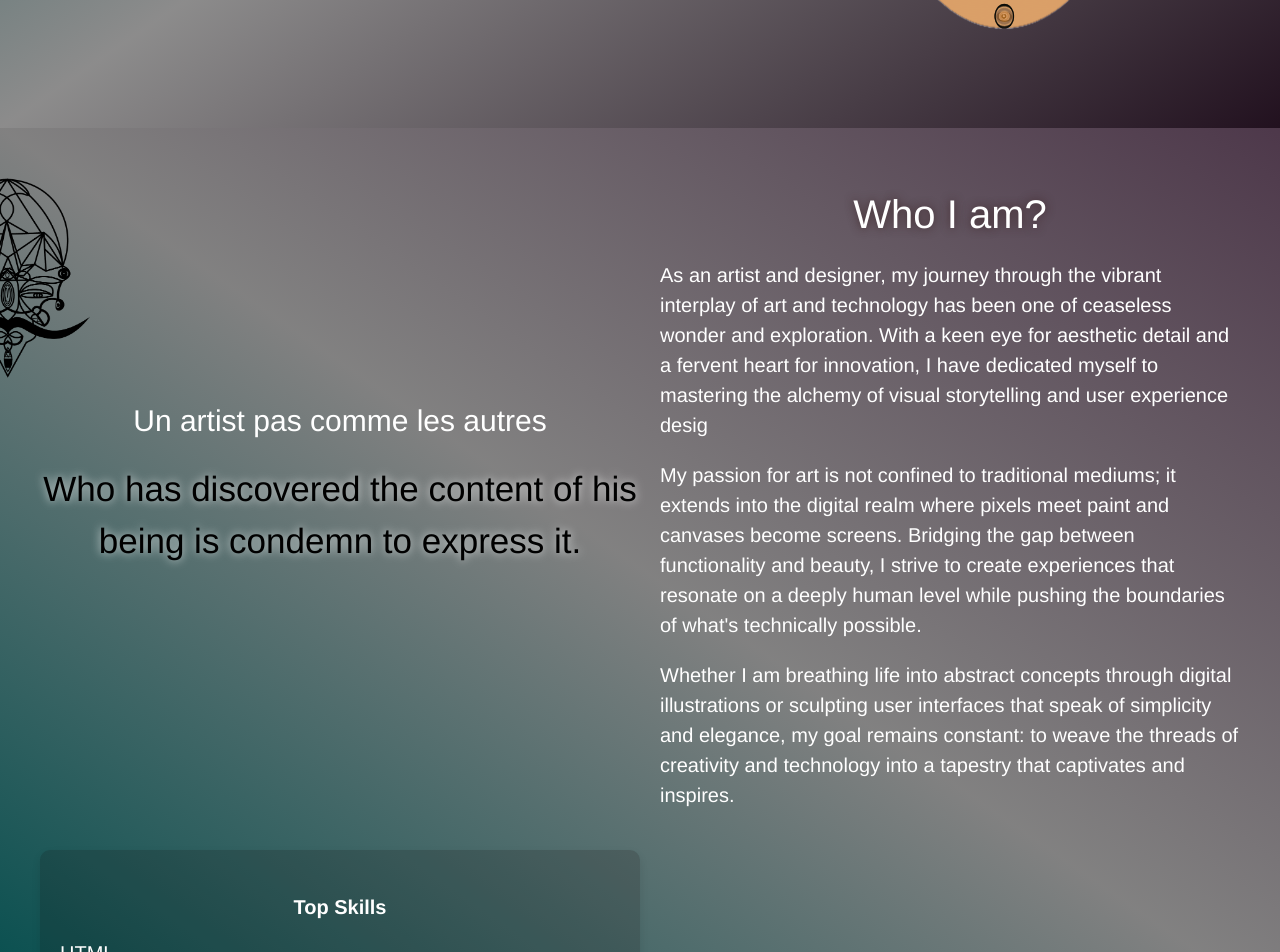
Repository: al-XLeMEsTRE/al-XLeMEsTRE
Page: index.html
The author's editor kept a copy of each file at every save. The page is drawn from the files as they stood at one save, then again after a run of saves.
The browser window is 1280 px wide. The pictures show the part of the page from y = 752 to 1704 px (the page is 5520 px tall).
A picture or video elsewhere on the page could not be fetched, so the positions and the page height are approximate.

Above is the page before, as saved 2023-11-23 19:29:55.

After the next 2 saves:
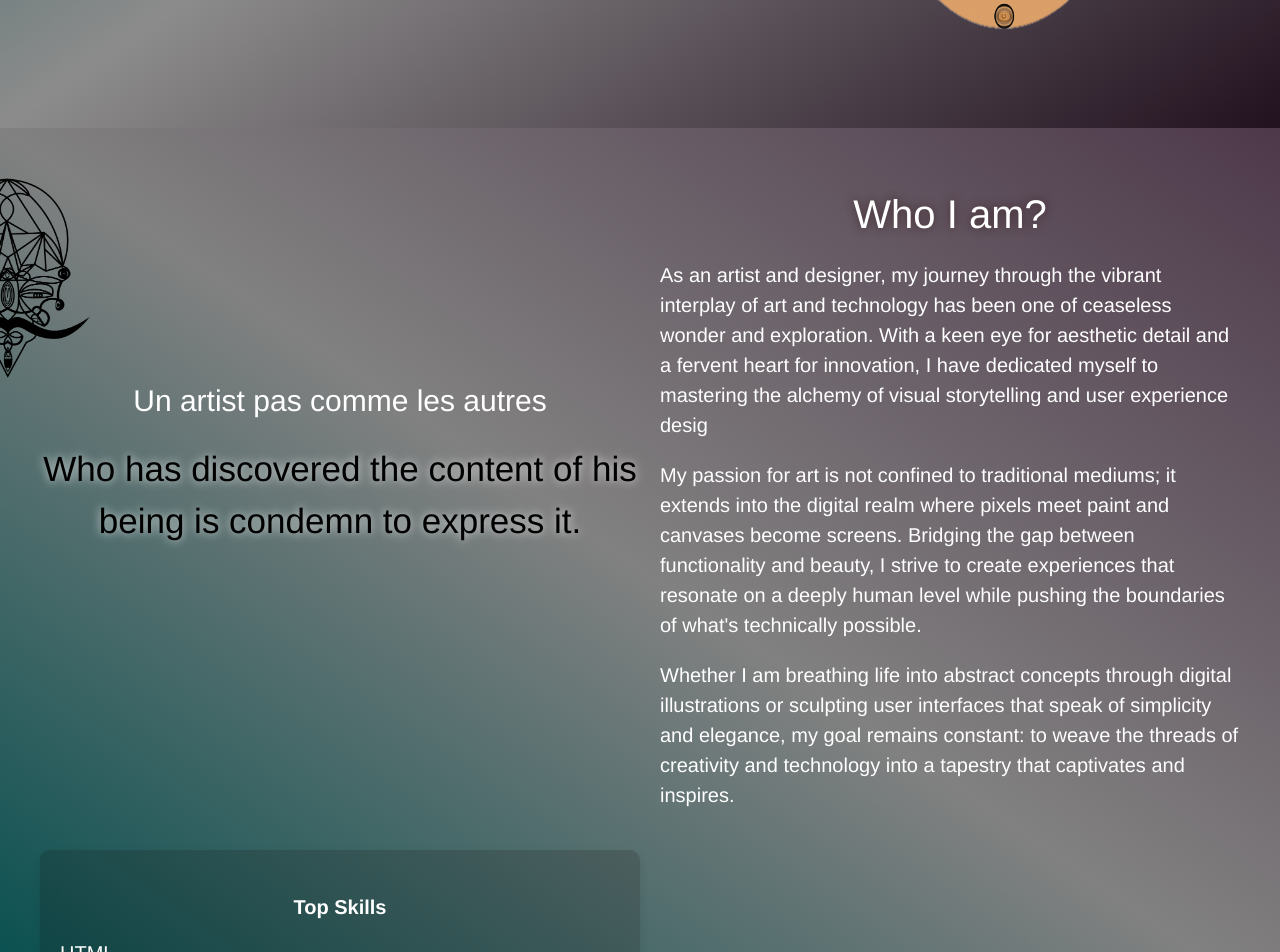
The 2 saves are shown as one change because they came seconds apart.
The last was saved 18 s later.
--- a/style/styles.css
+++ b/style/styles.css
@@ -228,7 +228,7 @@
 }
 
 .about__heading {
-  margin-top: 20px;
+  margin-top: 0;
   color: #ffffff;
   text-align: center;
   margin-bottom: 20px;
